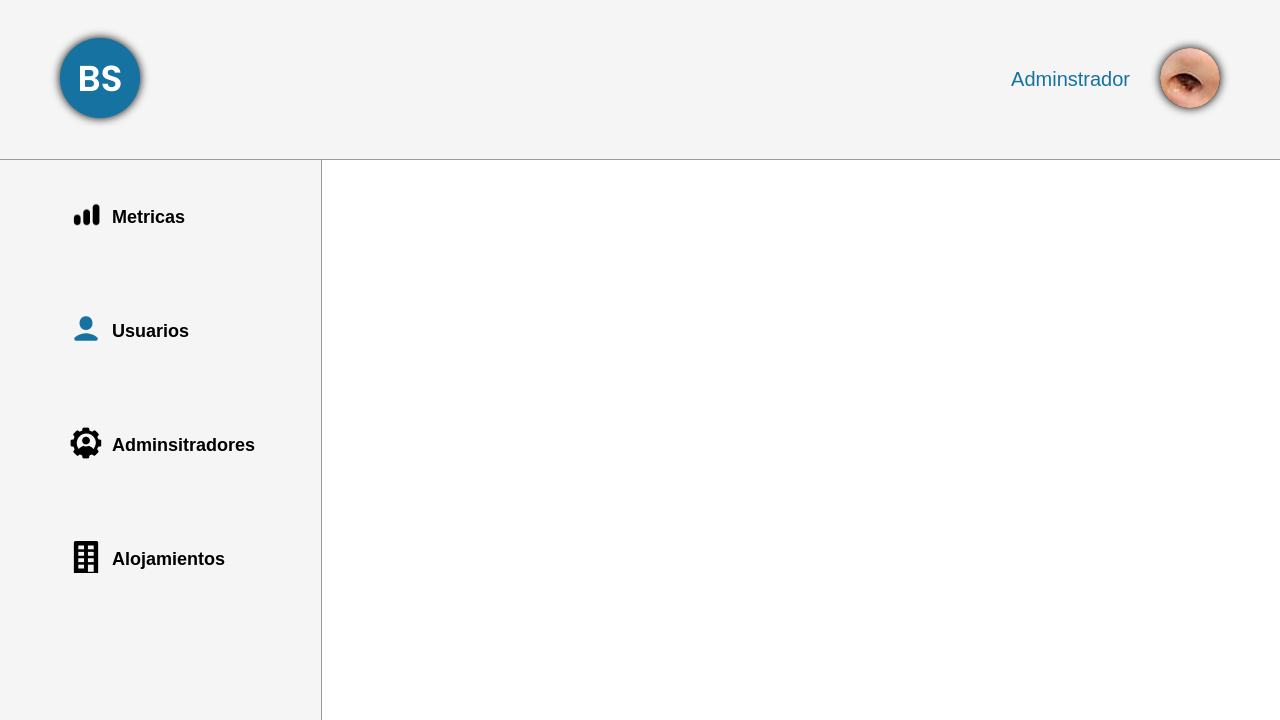
Repository: Cherced/BookingUi
Page: /
The author's editor kept a copy of each file at every save. The page is drawn from the files as they stood at one save, then again after a run of saves.
The browser window is 1280 px wide. The pictures show the whole page.
An inner scrolling area shows only its first screen. Some web fonts or font styles are not loaded; a fallback is used. The project was rebuilt for these pictures with package versions that can differ from the ones it lists, and the page was loaded fresh each time. The framework's server and built-in components were replaced by stand-ins that run in the browser. Also part of the build but not shown: next.config.js. Imported but missing from the stored project, and not drawn on this page: components/MyChart.

Above is the page before, as saved 2022-06-03 10:54:21.

After the next 10 saves:
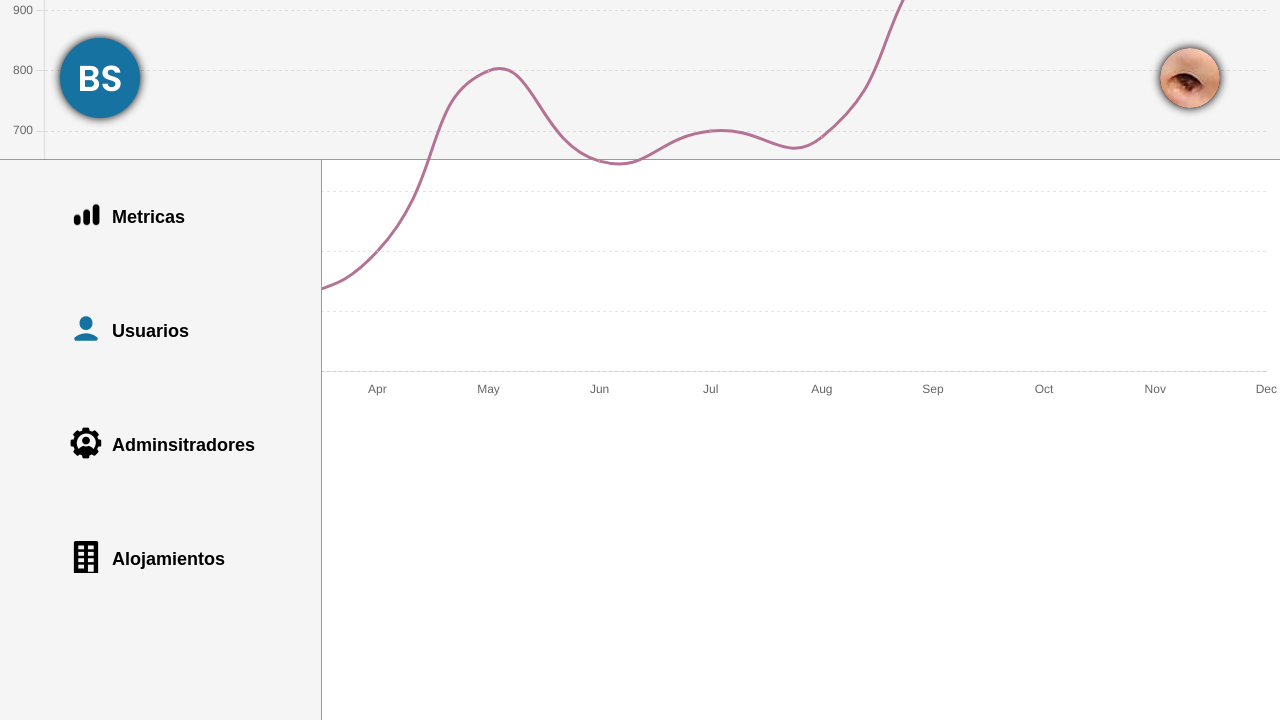
The 10 saves are shown as one change because 2 did not build or start and some came seconds apart.
The last was saved 8 min 10 s later.
--- a/pages/index.js
+++ b/pages/index.js
@@ -1,13 +1,13 @@
 import React from 'react'
 import {AsideMenu} from '../components/molecules/AsideMenu'
 import {HeaderDash} from '../components/molecules/HeaderDash'
-import MyChart from '../components/MyChart'
+import { ContentDash } from '../components/molecules/ContentDash'
 
 const DashBoard = () => {
   return (
     <div className="dashBoardContainer">
       <HeaderDash />
-
+      <ContentDash />
       <AsideMenu />
 
     </div>
--- a/components/molecules/ContentDash.jsx
+++ b/components/molecules/ContentDash.jsx
@@ -1,5 +1,8 @@
 import React from "react";
 import { Line } from "react-chartjs-2";
+import { Chart as ChartJS, registerables } from 'chart.js';
+import { Chart } from 'react-chartjs-2'
+ChartJS.register(...registerables);
 
 const data = {
   labels: [
